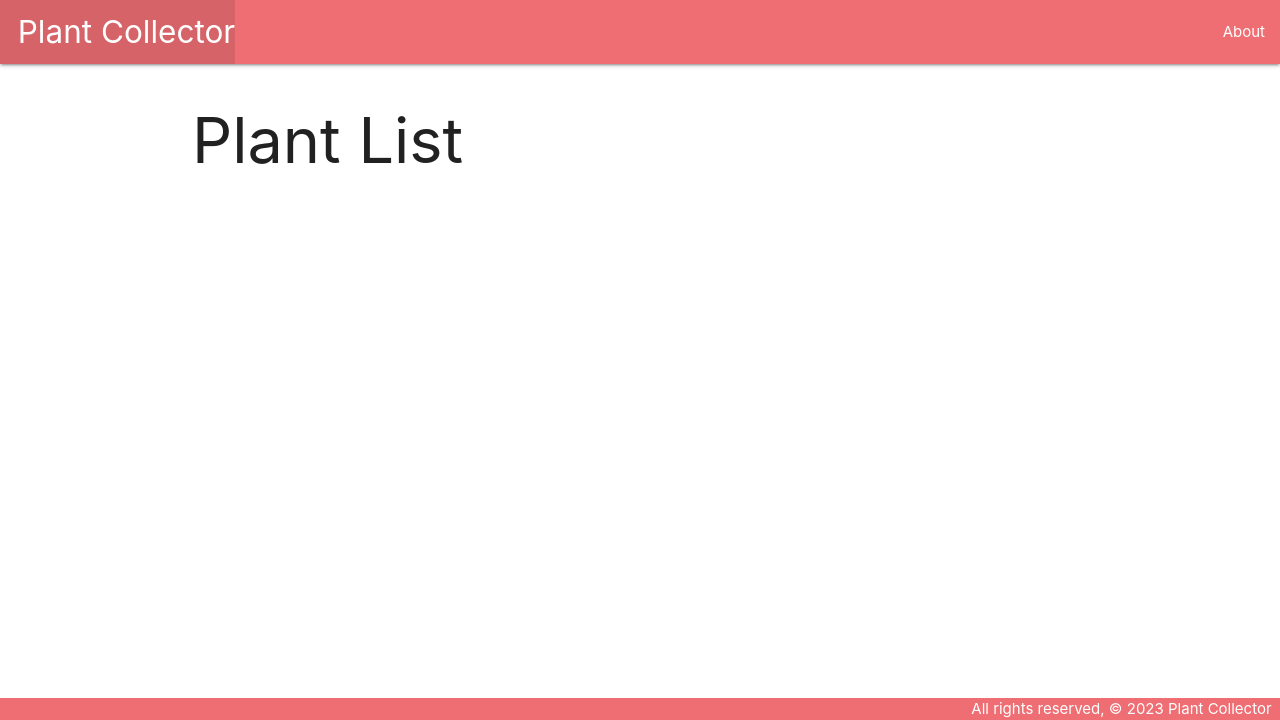
Repository: thecoachanna/plant-collector
Page: http://localhost/plants/
An editor plug-in stored every save of this project. The page is shown before and after the next save, followed by the edit.
The browser window is 1280 px wide. The pictures show the whole page.
The page is served by the project's application, run on Django 4.2 (manage.py). Other server files are loaded and not shown.

Above is the page before, as saved 2023-03-06 18:59:42.

### main_app/templates/plants/index.html
{% extends 'base.html' %}
{% block content %}

<h1>Plant List</h1>

{% for plant in cats %}
  <div class="card">
    <div class="card-content">
      <span class="card-title">{{ cat.name }}</span>
      <p>Breed: {{ cat.breed }}</p>
      <p>Description: {{ cat.description }}</p>
      {% if cat.age > 0 %}
        <p>Age: {{ cat.age }}</p>
      {% else %}
        <p>Age: Kitten</p>
      {% endif %}
    </div>
  </div>
{% endfor %}

{% endblock %}

### main_app/templates/base.html
{% load static %}
<!DOCTYPE html>
<html lang="en">
<head>
    <meta charset="UTF-8">
    <meta http-equiv="X-UA-Compatible" content="IE=edge">
    <meta name="viewport" content="width=device-width, initial-scale=1.0">
    <title>Plant Collector</title>
    <link rel="stylesheet" href="https://cdnjs.cloudflare.com/ajax/libs/materialize/1.0.0/css/materialize.min.css">
    <script src="https://cdnjs.cloudflare.com/ajax/libs/materialize/1.0.0/js/materialize.min.js"></script>
    <link rel="stylesheet" type="text/css" href="{% static 'css/style.css' %}">
</head>
<body>
    <header class="navbar-fixed">
        <nav>
            <div class="nav-wrapper">
                <ul>
                    <li><a href="/" class="left brand-logo">&nbsp;&nbsp;Plant Collector</a></li>
                </ul>
                <ul class="right">
                    <li><a href="{% url 'about' %}">About</a></li>
                    {% comment %} <li><a href="{% url 'plants_create' %}">Add a Plant</a></li>
                    <li><a href="{% url 'index' %}">View All My Plants</a></li> {% endcomment %}
                </ul>
            </div>
        </nav>
    </header>
    <main class="container">
        {% block content %}
        {% endblock %}
    </main>
    <footer class="page-footer">
        <div class="right">All rights reserved, &copy; 2023 Plant Collector &nbsp;</div>
    </footer>
</body>
</html>

### main_app/views.py
from django.shortcuts import render

# temporary plants for building templates
plants = [
    {'name': 'Monstera', 'type': 'tropical'},
    {'name': 'Cactus', 'type': 'desert'}
]

# Create your views here.
# View functions match URLs to code like Controllers in Express
# define home view function
def home(request):
    return render(request, 'home.html')

# define about view function
def about(request):
    return render(request, 'about.html')

# index route for plants
def plants_index(request):
    return render(request, 'plants/index.html', {'plants': plants})

### plantcollector/urls.py
"""plantcollector URL Configuration

The `urlpatterns` list routes URLs to views. For more information please see:
    https://docs.djangoproject.com/en/4.1/topics/http/urls/
Examples:
Function views
    1. Add an import:  from my_app import views
    2. Add a URL to urlpatterns:  path('', views.home, name='home')
Class-based views
    1. Add an import:  from other_app.views import Home
    2. Add a URL to urlpatterns:  path('', Home.as_view(), name='home')
Including another URLconf
    1. Import the include() function: from django.urls import include, path
    2. Add a URL to urlpatterns:  path('blog/', include('blog.urls'))
"""
from django.contrib import admin
from django.urls import path, include

urlpatterns = [
    path('admin/', admin.site.urls),
    # '' represents the "starts with" path
    path('', include('main_app.urls')),
]

### main_app/urls.py
from django.urls import path
from . import views

urlpatterns = [
    # using an empty string makes this the root route
    # views.home refers to a view that renders a file
    # the name='home' kwarg gives the route a name
    # naming routes is optional but best practice
    path('', views.home, name='home'),
    path('about/', views.about, name='about'),
    # path for plants
    path('plants/', views.plants_index, name='index'),
]

Loaded but not shown: main_app/static/css/style.css (common file)

After the next save:
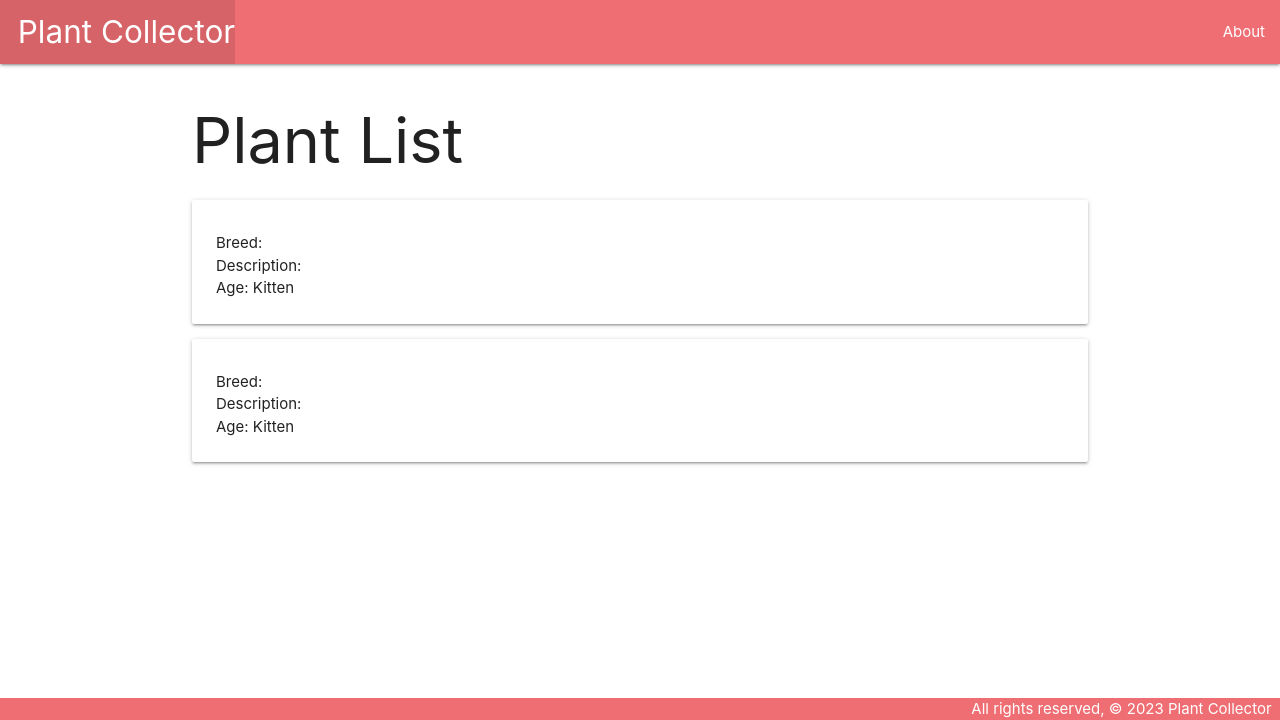
Saved 5 s later.
--- a/main_app/templates/plants/index.html
+++ b/main_app/templates/plants/index.html
@@ -3,7 +3,7 @@
 
 <h1>Plant List</h1>
 
-{% for plant in cats %}
+{% for plant in plants %}
   <div class="card">
     <div class="card-content">
       <span class="card-title">{{ cat.name }}</span>
